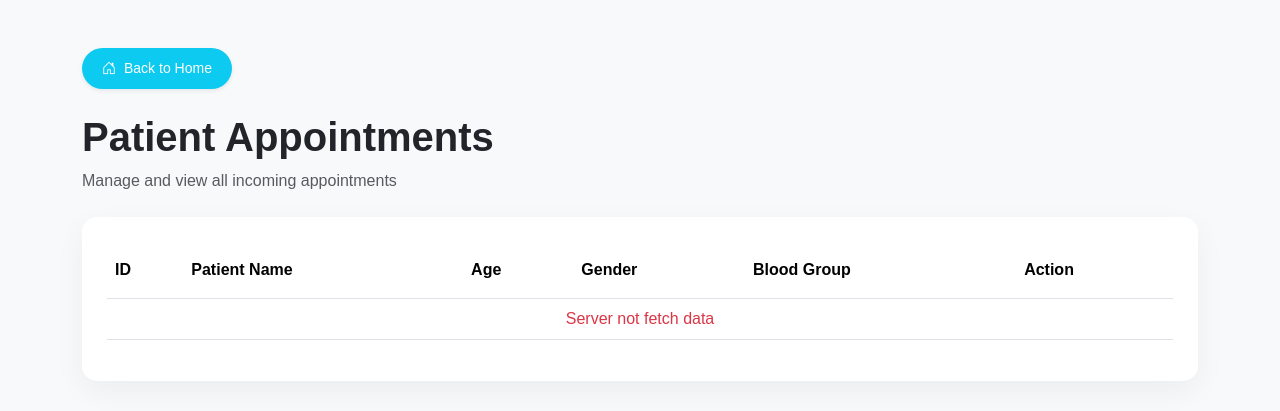
Repository: Rajasekaran0415/LifeCare-Management-System
Page: Project/nurseHompage.html
An editor plug-in stored every save of this project. The page is shown before and after the next save, followed by the edit.
The browser window is 1280 px wide. The pictures show the whole page.
The page's requests for data from a server got no answer.

Above is the page before, as saved 2026-02-02 22:30:14.

After the next save:
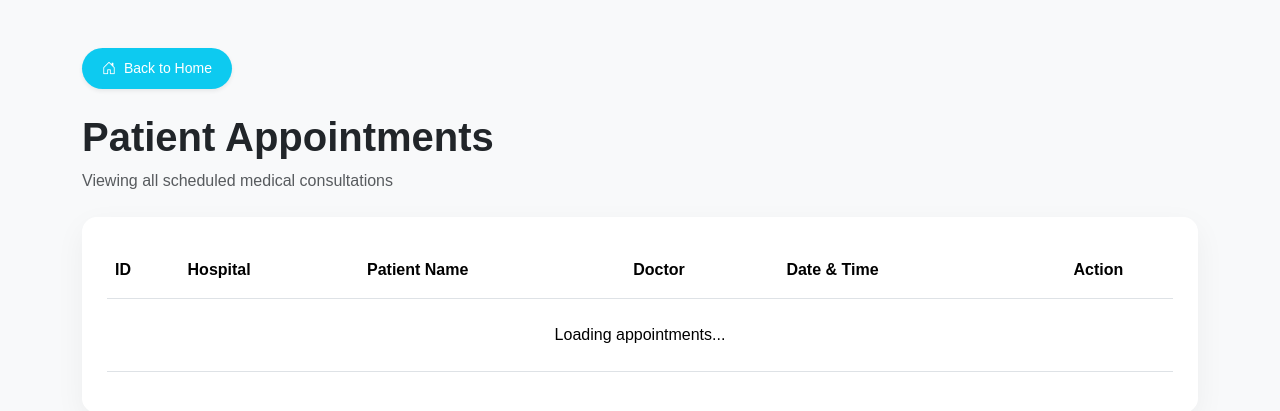
Console error: SyntaxError: Unexpected identifier 'bi'
Saved 74 s later.
--- a/Project/nurseHompage.html
+++ b/Project/nurseHompage.html
@@ -13,6 +13,7 @@
         .table thead { background-color: #0dcaf0; color: white; }
         .nav-back { background: #0dcaf0; padding: 10px 20px; border-radius: 50px; display: inline-block; transition: 0.3s; }
         .nav-back:hover { background: #0baccc; transform: translateX(-5px); }
+        .badge-date { background-color: #e3f2fd; color: #0d6efd; border: 1px solid #0d6efd; }
     </style>
 </head>
 <body>
@@ -23,7 +24,7 @@
             <i class="bi bi-house-door me-2"></i>Back to Home
         </a>
         <h1 class="mt-4 fw-bold text-dark">Patient Appointments</h1>
-        <p class="text-muted">Manage and view all incoming appointments</p>
+        <p class="text-muted">Viewing all scheduled medical consultations</p>
     </div>
 
     <div class="table-container animate__animated animate__fadeInUp">
@@ -32,11 +33,11 @@
                 <thead>
                     <tr>
                         <th class="py-3">ID</th>
+                        <th class="py-3">Hospital</th>
                         <th class="py-3">Patient Name</th>
-                        <th class="py-3">Age</th>
-                        <th class="py-3">Gender</th>
-                        <th class="py-3">Blood Group</th>
-                        <th class="py-3">Action</th>
+                        <th class="py-3">Doctor</th>
+                        <th class="py-3">Date & Time</th>
+                        <th class="py-3 text-center">Action</th>
                     </tr>
                 </thead>
                 <tbody id="appointmentTableBody">
@@ -55,26 +56,35 @@
     async function loadAppointments() {
         try {
             const response = await fetch(API_URL);
+            if (!response.ok) throw new Error("Network response was not ok");
+
             const appointments = await response.json();
 
             const tableBody = document.getElementById('appointmentTableBody');
             tableBody.innerHTML = "";
 
             if (appointments.length === 0) {
-                tableBody.innerHTML = "<tr><td colspan='6' class='text-center'>No appointments found.</td></tr>";
+                tableBody.innerHTML = "<tr><td colspan='6' class='text-center'>No appointments found in the database.</td></tr>";
                 return;
             }
 
+            // Backend Entity-ல் உள்ள சரியான Key-களை இங்கே பயன்படுத்துகிறோம்
             appointments.forEach(app => {
                 tableBody.innerHTML += `
                     <tr>
-                        <td class="fw-bold">#${app.id}</td>
-                        <td>${app.name}</td>
-                        <td>${app.age}</td>
-                        <td><span class="badge bg-light text-dark border">${app.gender}</span></td>
-                        <td><span class="text-danger fw-bold">${app.bloodgroup}</span></td>
+                        <td class="fw-bold text-info">#${app.id}</td>
+                        <td><i class="bi bi-hospital me-2"></i>${app.hospitalName}</td>
+                        <td class="fw-semibold">${app.patientName}</td>
+                        <td>Dr. ${app.doctorName}</td>
                         <td>
-                            <button class="btn btn-sm btn-outline-info rounded-pill">View Info</button>
+                            <span class="badge badge-date text-dark">${app.appointmentDate}</span>
+                            <br>
+                            <small class="text-muted"><i class="bi bi-clock me-1"></i>${app.appointmentTime}</small>
+                        </td>
+                        <td class="text-center">
+                            <button class="btn btn-sm btn-outline-info rounded-pill px-3">
+                                <i class="bi bi-eye me-1"></i>Details
+                            </button>
                         </td>
                     </tr>
                 `;
@@ -82,7 +92,7 @@
         } catch (error) {
             console.error("Error fetching data:", error);
             document.getElementById('appointmentTableBody').innerHTML =
-                "<tr><td colspan='6' class='text-center text-danger'>Server not fetch data</td></tr>";
+                "<tr><td colspan='6' class='text-center text-danger'><i class="bi bi-exclamation-triangle me-2"></i>Failed to fetch data from Server</td></tr>";
         }
     }
 

After the save that followed:
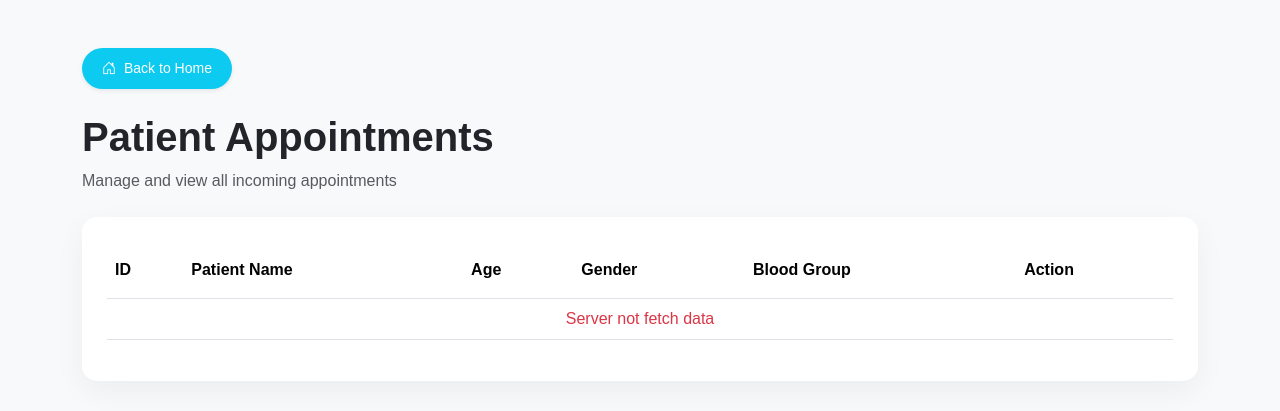
The error is gone.
Saved 7 s later.
--- a/Project/nurseHompage.html
+++ b/Project/nurseHompage.html
@@ -13,7 +13,6 @@
         .table thead { background-color: #0dcaf0; color: white; }
         .nav-back { background: #0dcaf0; padding: 10px 20px; border-radius: 50px; display: inline-block; transition: 0.3s; }
         .nav-back:hover { background: #0baccc; transform: translateX(-5px); }
-        .badge-date { background-color: #e3f2fd; color: #0d6efd; border: 1px solid #0d6efd; }
     </style>
 </head>
 <body>
@@ -24,7 +23,7 @@
             <i class="bi bi-house-door me-2"></i>Back to Home
         </a>
         <h1 class="mt-4 fw-bold text-dark">Patient Appointments</h1>
-        <p class="text-muted">Viewing all scheduled medical consultations</p>
+        <p class="text-muted">Manage and view all incoming appointments</p>
     </div>
 
     <div class="table-container animate__animated animate__fadeInUp">
@@ -33,11 +32,11 @@
                 <thead>
                     <tr>
                         <th class="py-3">ID</th>
-                        <th class="py-3">Hospital</th>
                         <th class="py-3">Patient Name</th>
-                        <th class="py-3">Doctor</th>
-                        <th class="py-3">Date & Time</th>
-                        <th class="py-3 text-center">Action</th>
+                        <th class="py-3">Age</th>
+                        <th class="py-3">Gender</th>
+                        <th class="py-3">Blood Group</th>
+                        <th class="py-3">Action</th>
                     </tr>
                 </thead>
                 <tbody id="appointmentTableBody">
@@ -56,35 +55,26 @@
     async function loadAppointments() {
         try {
             const response = await fetch(API_URL);
-            if (!response.ok) throw new Error("Network response was not ok");
-
             const appointments = await response.json();
 
             const tableBody = document.getElementById('appointmentTableBody');
             tableBody.innerHTML = "";
 
             if (appointments.length === 0) {
-                tableBody.innerHTML = "<tr><td colspan='6' class='text-center'>No appointments found in the database.</td></tr>";
+                tableBody.innerHTML = "<tr><td colspan='6' class='text-center'>No appointments found.</td></tr>";
                 return;
             }
 
-            // Backend Entity-ல் உள்ள சரியான Key-களை இங்கே பயன்படுத்துகிறோம்
             appointments.forEach(app => {
                 tableBody.innerHTML += `
                     <tr>
-                        <td class="fw-bold text-info">#${app.id}</td>
-                        <td><i class="bi bi-hospital me-2"></i>${app.hospitalName}</td>
-                        <td class="fw-semibold">${app.patientName}</td>
-                        <td>Dr. ${app.doctorName}</td>
+                        <td class="fw-bold">#${app.id}</td>
+                        <td>${app.name}</td>
+                        <td>${app.age}</td>
+                        <td><span class="badge bg-light text-dark border">${app.gender}</span></td>
+                        <td><span class="text-danger fw-bold">${app.bloodgroup}</span></td>
                         <td>
-                            <span class="badge badge-date text-dark">${app.appointmentDate}</span>
-                            <br>
-                            <small class="text-muted"><i class="bi bi-clock me-1"></i>${app.appointmentTime}</small>
-                        </td>
-                        <td class="text-center">
-                            <button class="btn btn-sm btn-outline-info rounded-pill px-3">
-                                <i class="bi bi-eye me-1"></i>Details
-                            </button>
+                            <button class="btn btn-sm btn-outline-info rounded-pill">View Info</button>
                         </td>
                     </tr>
                 `;
@@ -92,7 +82,7 @@
         } catch (error) {
             console.error("Error fetching data:", error);
             document.getElementById('appointmentTableBody').innerHTML =
-                "<tr><td colspan='6' class='text-center text-danger'><i class="bi bi-exclamation-triangle me-2"></i>Failed to fetch data from Server</td></tr>";
+                "<tr><td colspan='6' class='text-center text-danger'>Server not fetch data</td></tr>";
         }
     }
 
